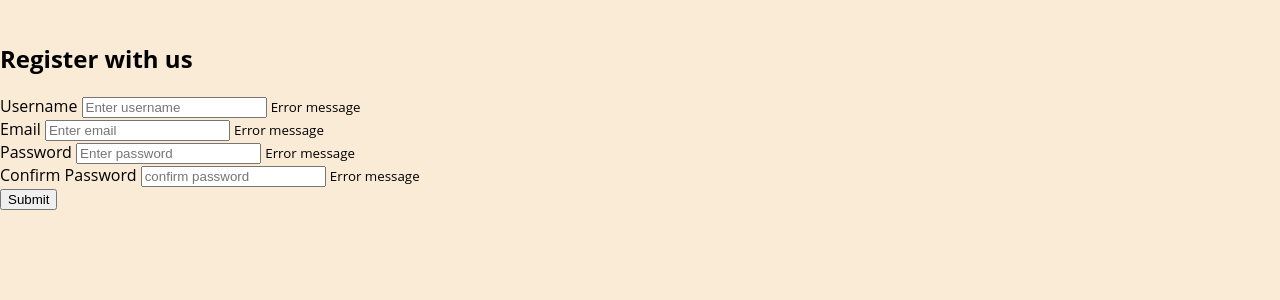
Repository: Azariagmt/Vanilla-javascript
Page: Form-Validator/index.html
An editor plug-in stored every save of this project. The page is shown before and after the next save, followed by the edit.
The browser window is 1280 px wide. The pictures show the whole page.

Above is the page before, as saved 2020-04-18 19:31:44.

### Form-Validator/index.html
<!DOCTYPE html>
<!--[if lt IE 7]>      <html class="no-js lt-ie9 lt-ie8 lt-ie7"> <![endif]-->
<!--[if IE 7]>         <html class="no-js lt-ie9 lt-ie8"> <![endif]-->
<!--[if IE 8]>         <html class="no-js lt-ie9"> <![endif]-->
<!--[if gt IE 8]><!--> <html class="no-js"> <!--<![endif]-->
    <head>
        <meta charset="utf-8">
        <meta http-equiv="X-UA-Compatible" content="IE=edge">
        <title>Form Validator</title>
        <meta name="description" content="">
        <meta name="viewport" content="width=device-width, initial-scale=1">
        <link rel="stylesheet" href="style.css">
    </head>
    <body>
        <!--[if lt IE 7]>
            <p class="browsehappy">You are using an <strong>outdated</strong> browser. Please <a href="#">upgrade your browser</a> to improve your experience.</p>
        <![endif]-->

        <div class="container">
            <form action="" id="form" class="form">
                <h2> Register with us   </h2>
                <div class="form-control">
                    <label for="username">Username</label>
                    <input type="text" id="username" placeholder="Enter username">
                    <small> Error message</small>
                </div>
                <div class="form-control">
                    <label for="email">Email</label>
                    <input type="text" id="email" placeholder="Enter email">
                    <small> Error message</small>
                </div>
                <div class="form-control">
                    <label for="password">Password</label>
                    <input type="password" id="password" placeholder="Enter password">
                    <small> Error message</small>
                </div>
                <div class="form-control">
                    <label for="confirm">Confirm Password</label>
                    <input type="password" id="confirm" placeholder="confirm password">
                    <small> Error message</small>
                </div>
                <button>Submit</button>
            </form>
        </div>
        <script src="script.js" async defer></script>
    </body>
</html>

### Form-Validator/style.css

*{
    box-sizing: border-box;
}

body{
    background-color: antiquewhite;
    font-family: 'Open Sans', sans-serif;
    display: inline;
}

Loaded but not shown: Form-Validator/script.js (no copy from this time; the picture is the same without it)

After the next save:
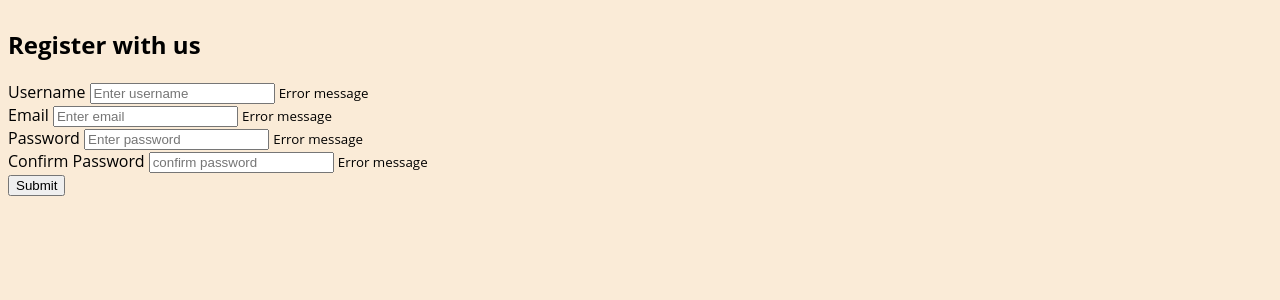
Saved 5 s later.
--- a/Form-Validator/style.css
+++ b/Form-Validator/style.css
@@ -6,5 +6,5 @@
 body{
     background-color: antiquewhite;
     font-family: 'Open Sans', sans-serif;
-    display: inline;
+    display: flex;
 }
